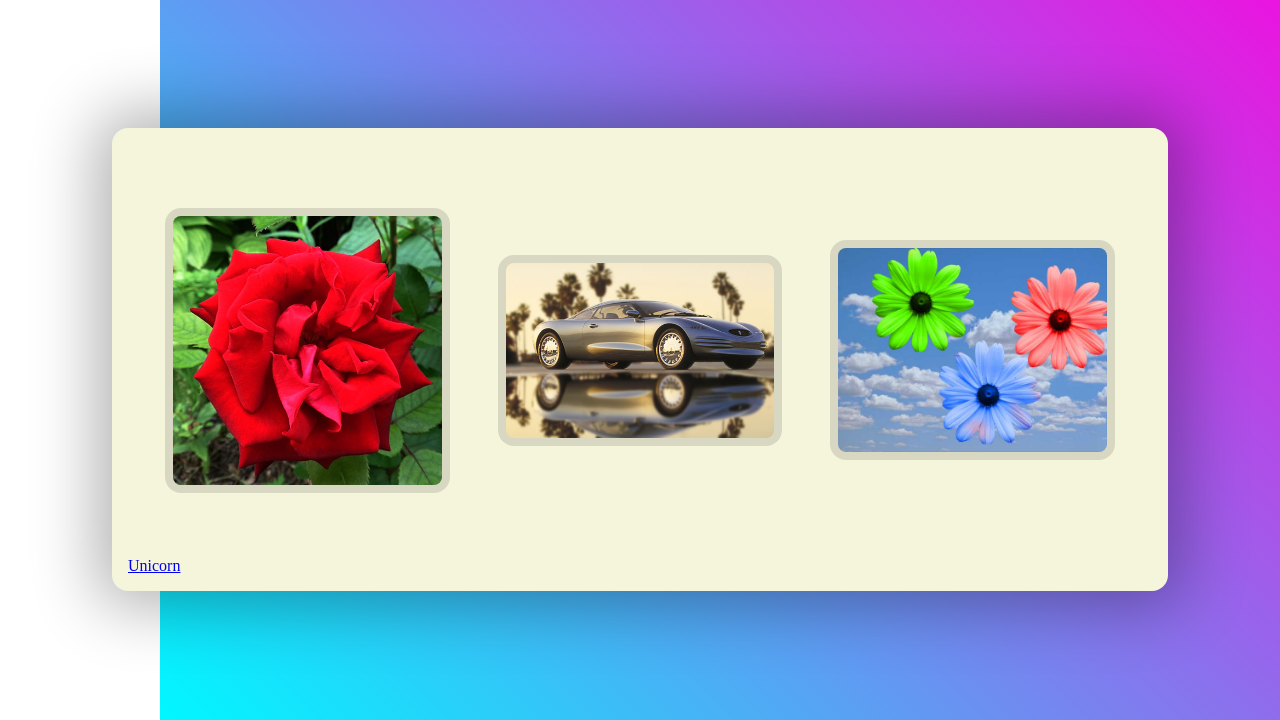
Repository: ViggoSkj/VGY
Page: ovningar/photoshopovning/photoshopovning.html
An editor plug-in stored every save of this project. The page is shown before and after the next save, followed by the edit.
The browser window is 1280 px wide. The pictures show the whole page.

Above is the page before, as saved 2022-11-27 12:16:53.

After the next save:
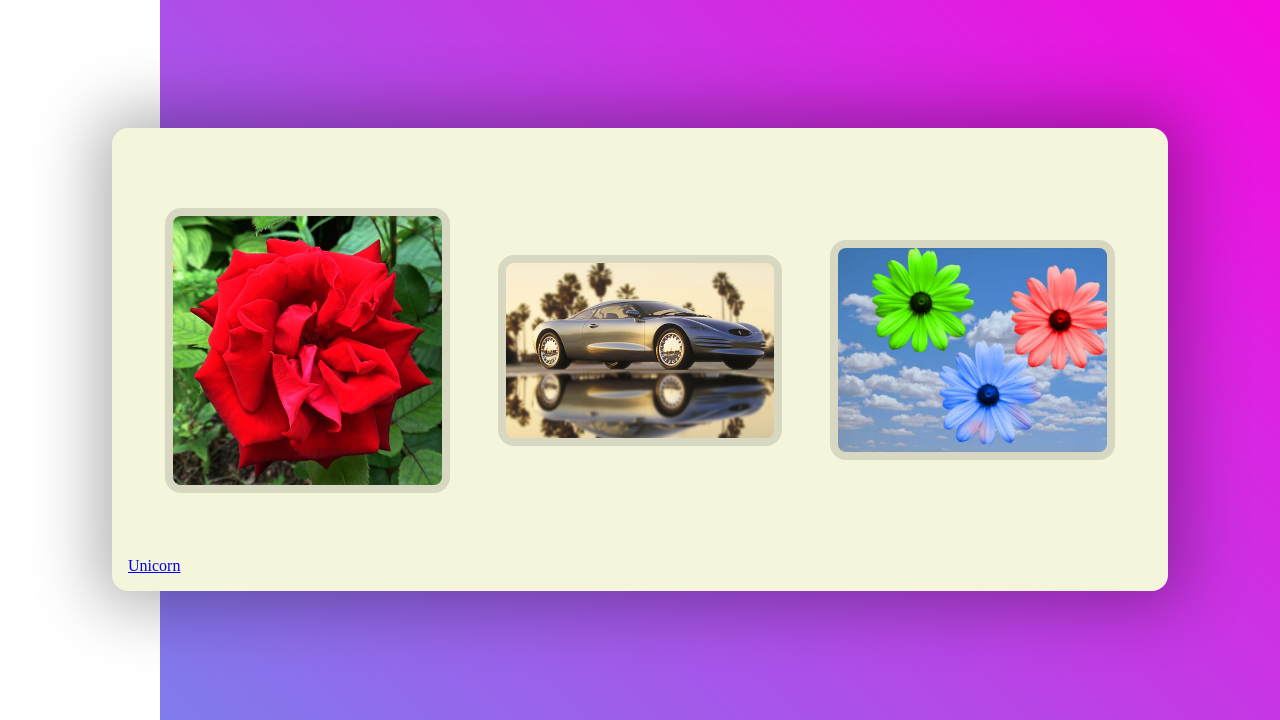
Saved 16 s later.
--- a/ovningar/photoshopovning/public/css/style.css
+++ b/ovningar/photoshopovning/public/css/style.css
@@ -1,6 +1,6 @@
 body
 {
-    background-image: linear-gradient(45deg, rgb(0, 247, 255), rgb(255, 0, 221));
+    background-image: linear-gradient(45deg, rgb(0, 247, 255) -100%, rgb(255, 0, 221) 100%);
     display: flex;
     height: 100%;
     margin: 0;
